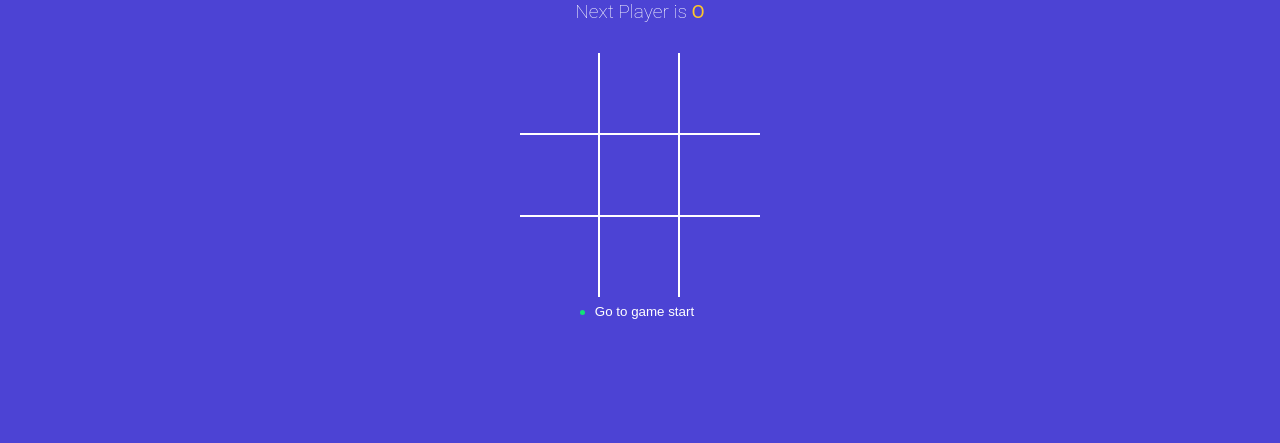
Repository: NoobAjay/tictactoe-game
Page: /
The author's editor kept a copy of each file at every save. The page is drawn from the files as they stood at one save, then again after the next save.
The browser window is 1280 px wide. The pictures show the whole page.
The project was rebuilt for these pictures with package versions that can differ from the ones it lists, and the page was loaded fresh each time. Also part of the build but not shown: vite.config.js.

Above is the page before, as saved 2023-03-22 14:09:29.

After the next save:
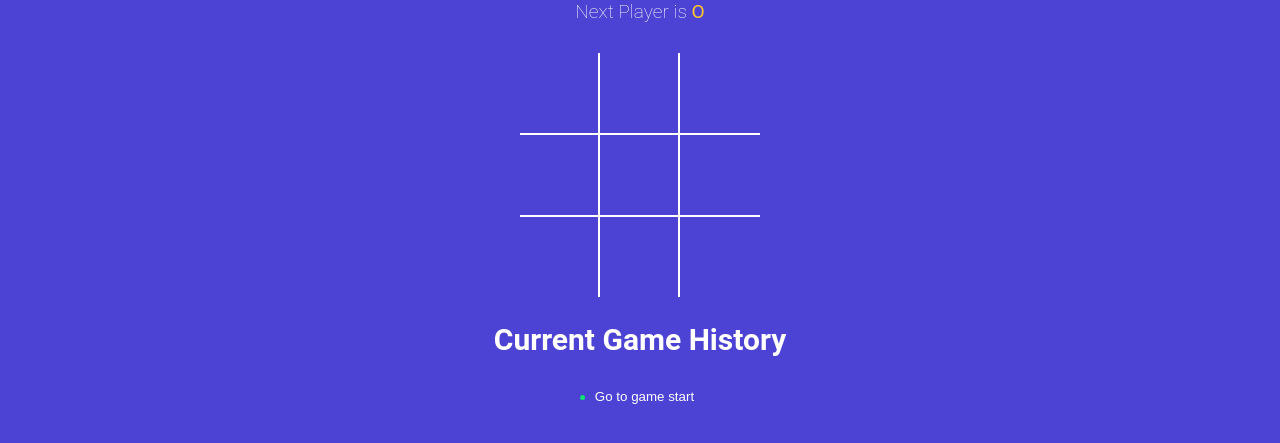
Saved 2 min 29 s later.
--- a/src/App.jsx
+++ b/src/App.jsx
@@ -60,6 +60,7 @@ function App() {
         squares={gamingBoard.squares}
         handleSquareClick={handleSquareClick}
       />
+      <h2>Current Game History</h2>
       <History history={history} moveTo={moveTo} currentMove={currentMove} />
     </div>
   );
